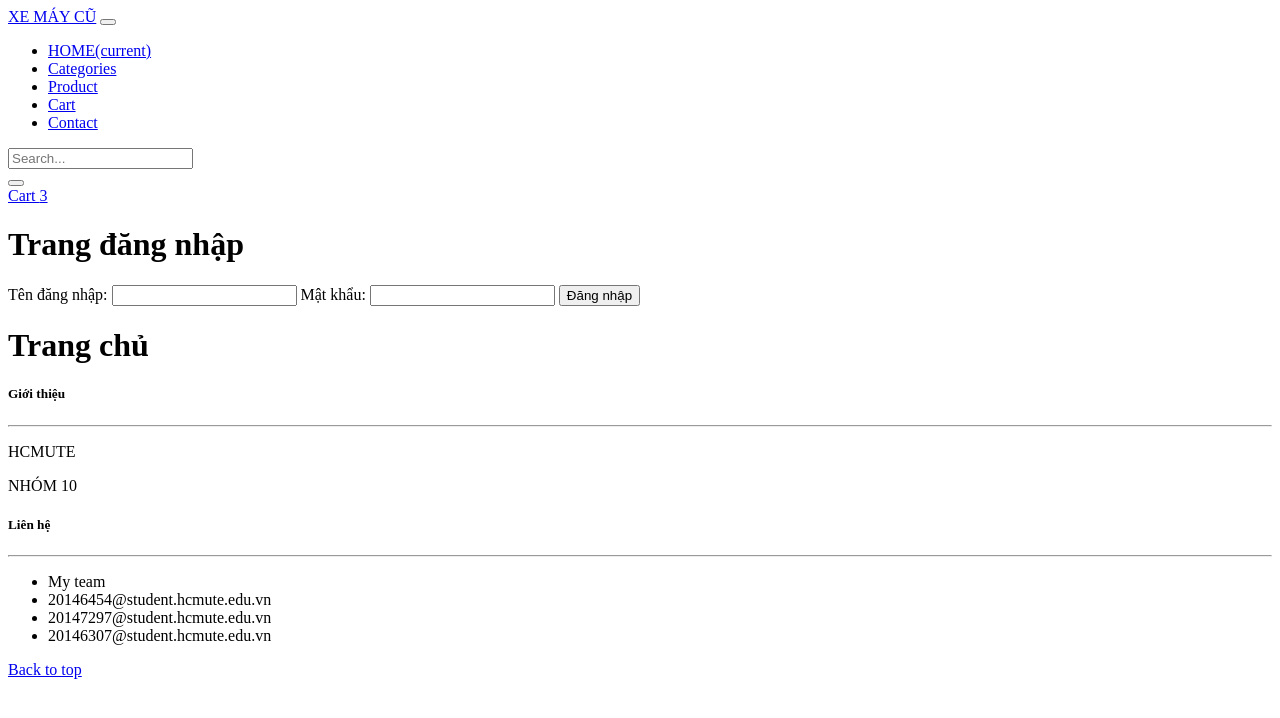
Repository: vule2809/LTW-20146307
Page: Banxemay_nhom10/src/main/webapp/index.html
The author's editor kept a copy of each file at every save. The page is drawn from the files as they stood at one save, then again after the next save.
The browser window is 1280 px wide. The pictures show the whole page.

Above is the page before, as saved 2023-12-10 11:39:30.

### Banxemay_nhom10/src/main/webapp/index.html
<!DOCTYPE html>
<html>

<head>
	<meta charset="UTF-8">
	<title>BÁN XE MÁY</title>
</head>

<body>

	<header>

		<nav class="navbar navbar-expand-md navbar-dark bg-dark">
			<div class="container">
				<a class="navbar-brand" href="index.html">XE MÁY CŨ</a>
				<button class="navbar-toggler" type="button" data-toggle="collapse" data-target="#navbarsExampleDefault"
					aria-controls="navbarsExampleDefault" aria-expanded="false" aria-label="Toggle navigation">
					<span class="navbar-toggler-icon"></span>
				</button>

				<div class="collapse navbar-collapse justify-content-end" id="navbarsExampleDefault">
					<ul class="navbar-nav m-auto">
						<li class="nav-item active">
							<a class="nav-link" href="#">HOME<span class="sr-only">(current)</span></a>
						</li>
						<li class="nav-item">
							<a class="nav-link" href="category.html">Categories</a>
						</li>
						<li class="nav-item">
							<a class="nav-link" href="product.html">Product</a>
						</li>
						<li class="nav-item">
							<a class="nav-link" href="product.html">Cart</a>
						</li>
						<li class="nav-item">
							<a class="nav-link" href="contact.html">Contact</a>
						</li>
					</ul>

					<form class="form-inline my-2 my-lg-0">
						<div class="input-group input-group-sm">
							<input type="text" class="form-control" placeholder="Search...">
							<div class="input-group-append">
								<button type="button" class="btn btn-secondary btn-number">
									<i class="fa fa-search"></i>
								</button>
							</div>
						</div>
						<a class="btn btn-success btn-sm ml-3" href="cart.html">
							<i class="fa fa-shopping-cart"></i> Cart
							<span class="badge badge-light">3</span>
						</a>
					</form>
				</div>
			</div>
		</nav>

	</header>

	<main>

		<h1>Trang đăng nhập</h1>
		<form>
			<label for="username">Tên đăng nhập:</label>
			<input type="text" id="username" name="username">
			<label for="password">Mật khẩu:</label>
			<input type="password" id="password" name="password">
			<button type="submit">Đăng nhập</button>
		</form>

		<h1>Trang chủ</h1>
		<!-- Thêm nội dung cho trang chủ -->


	</main>

	<footer>
		<!-- Footer -->
			<footer class="text-light">
				<div class="container">
					<div class="row">
						<div class="col-md-3 col-lg-4 col-xl-3">
							<h5>Giới thiệu</h5>
							<hr class="bg-white mb-2 mt-0 d-inline-block mx-auto w-25">
							<p class="mb-0">HCMUTE</p>
							<p class="mb-0">NHÓM 10</p>
						</div>

						<div class="col-md-4 col-lg-3 col-xl-3">
							<h5>Liên hệ</h5>
							<hr class="bg-white mb-2 mt-0 d-inline-block mx-auto w-25">
							<ul class="list-unstyled">
								<li><i class="fa fa-home mr-2"></i> My team</li>
								<li><i class="fa fa-envelope mr-2"></i> 20146454@student.hcmute.edu.vn</li>
								<li><i class="fa fa-envelope mr-2"></i> 20147297@student.hcmute.edu.vn</li>
								<li><i class="fa fa-envelope mr-2"></i> 20146307@student.hcmute.edu.vn</li>
							</ul>
						</div>
						<div class="col-12 copyright mt-3">
							<p class="float-left">
								<a href="#">Back to top</a>
							</p>

						</div>
					</div>
				</div>
			</footer>
	</footer>

</body>

</html>

After the next save:
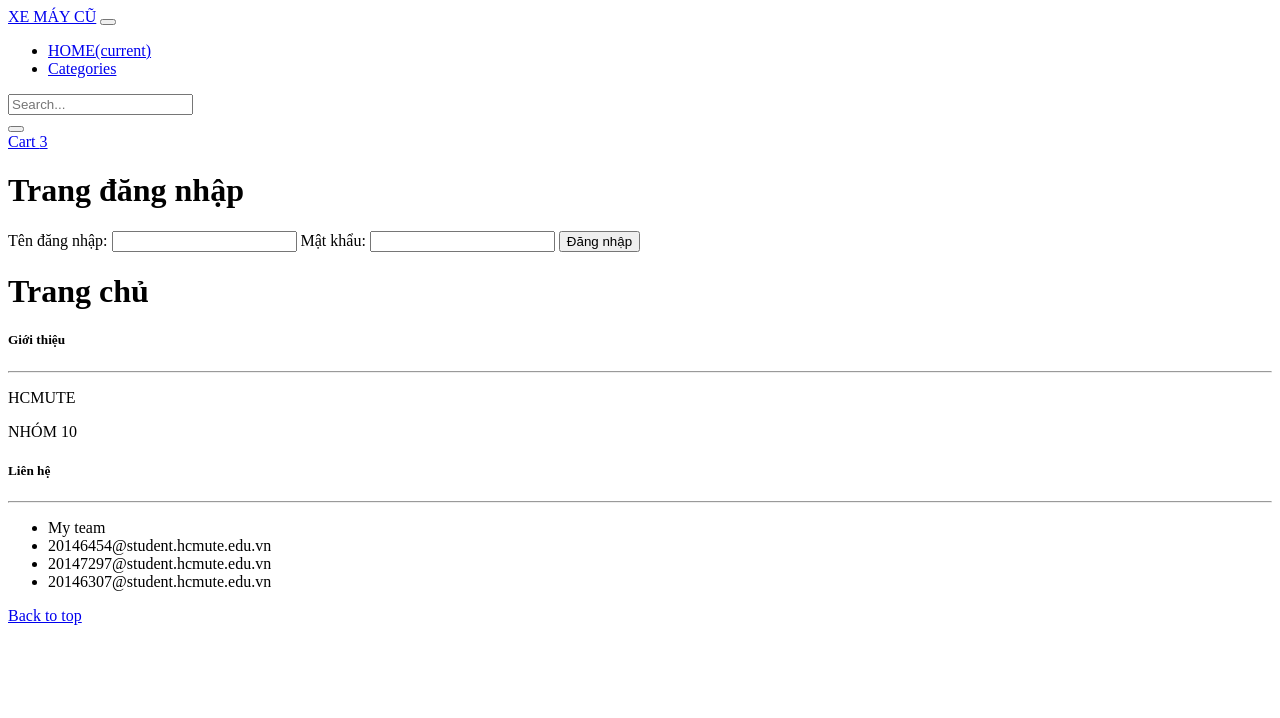
Saved 58 s later.
--- a/Banxemay_nhom10/src/main/webapp/index.html
+++ b/Banxemay_nhom10/src/main/webapp/index.html
@@ -25,15 +25,6 @@
 						</li>
 						<li class="nav-item">
 							<a class="nav-link" href="category.html">Categories</a>
-						</li>
-						<li class="nav-item">
-							<a class="nav-link" href="product.html">Product</a>
-						</li>
-						<li class="nav-item">
-							<a class="nav-link" href="product.html">Cart</a>
-						</li>
-						<li class="nav-item">
-							<a class="nav-link" href="contact.html">Contact</a>
 						</li>
 					</ul>
 
